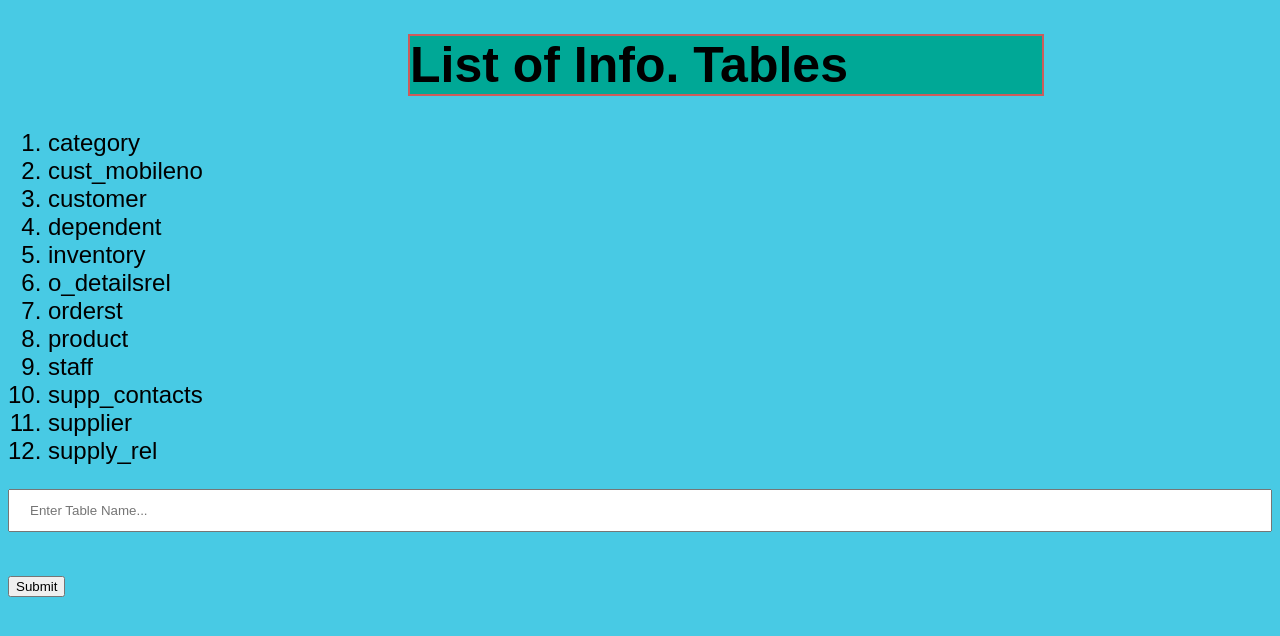
Repository: cyrusdwivedi2002/inventory-management-system
Page: DemoApp/src/main/webapp/view.html
An editor plug-in stored every save of this project. The page is shown before and after the next save, followed by the edit.
The browser window is 1280 px wide. The pictures show the whole page.
Some web fonts or font styles are not loaded; a fallback is used.

Above is the page before, as saved 2022-06-24 19:01:46.

### DemoApp/src/main/webapp/view.html
<!DOCTYPE html>
<html>
<head>
<meta charset="ISO-8859-1">
<link rel="preconnect" href="https://fonts.googleapis.com">
<link rel="preconnect" href="https://fonts.gstatic.com" crossorigin>
<link href="https://fonts.googleapis.com/css2?family=Anek+Latin:wght@500&family=Smooch&display=swap" rel="stylesheet">
<style>

body {
background-color: #48cae4;
font-family: 'Anek Latin', sans-serif;
}

h1{
color: black;
background-color:#00a896;
width: 50%;
margin-left:8em;
border: 2px solid indianred;
font-size:50px;
}

li{
font-size:x-large;
}
input{
  width: 100%;
  padding: 12px 20px;
  margin: 8px 0;
  box-sizing: border-box;
}
input[type=text]:focus {
  border: 3px solid #555;
}

</style>
<title>Insert title here</title>
</head>
<body>
<form action = "./ViewTable" method = "post">
	 <h1>List of Info. Tables</h1>
	 <ol>
  <li>category</li>
  <li>cust_mobileno</li>
  <li>customer</li>
  <li>dependent</li>
  <li>inventory</li>
  <li>o_detailsrel</li>
  <li>orderst</li>
  <li>product</li>
  <li>staff</li>
  <li>supp_contacts</li>
  <li>supplier</li>
  <li>supply_rel</li>

	</ol>
	 <input type="text" name="table_name" placeholder="Enter Table Name..."/>
	 <br/><br/><br/>
	  <button>Submit</button>

</form>


</body>
</html>

After the next save:
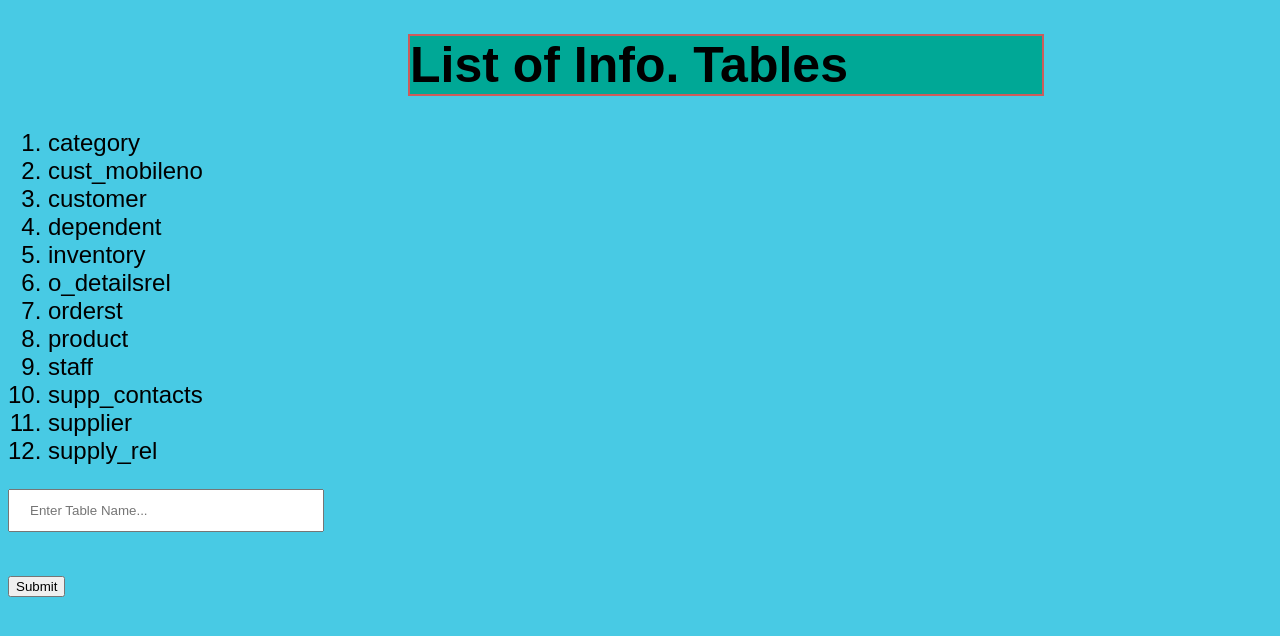
Saved 17 s later.
--- a/DemoApp/src/main/webapp/view.html
+++ b/DemoApp/src/main/webapp/view.html
@@ -25,7 +25,7 @@ li{
 font-size:x-large;
 }
 input{
-  width: 100%;
+  width: 25%;
   padding: 12px 20px;
   margin: 8px 0;
   box-sizing: border-box;
